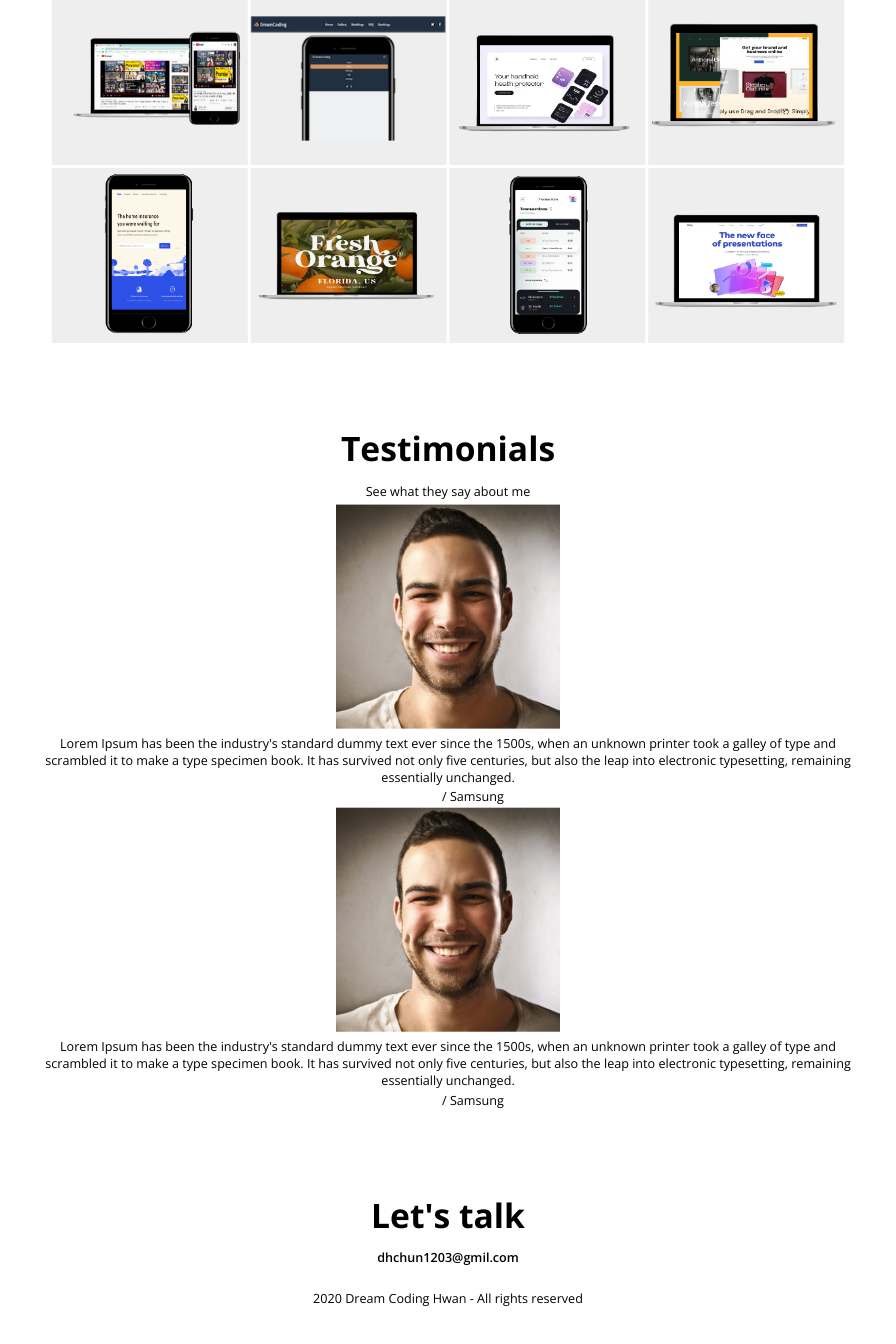
Repository: dhchun1203/Portfolio
Page: index.html
These files come from the project's save history. The page is drawn as it stood at one moment and after the next save; the edit follows.
The browser window is 1280 px wide. The pictures show the part of the page from y = 2557 to 4477 px (the page is 4477 px tall), at 70% of full size.
Some web libraries are served in a nearby version.

Above is the page before, as saved 2020-12-08 13:26:12.

After the next save:
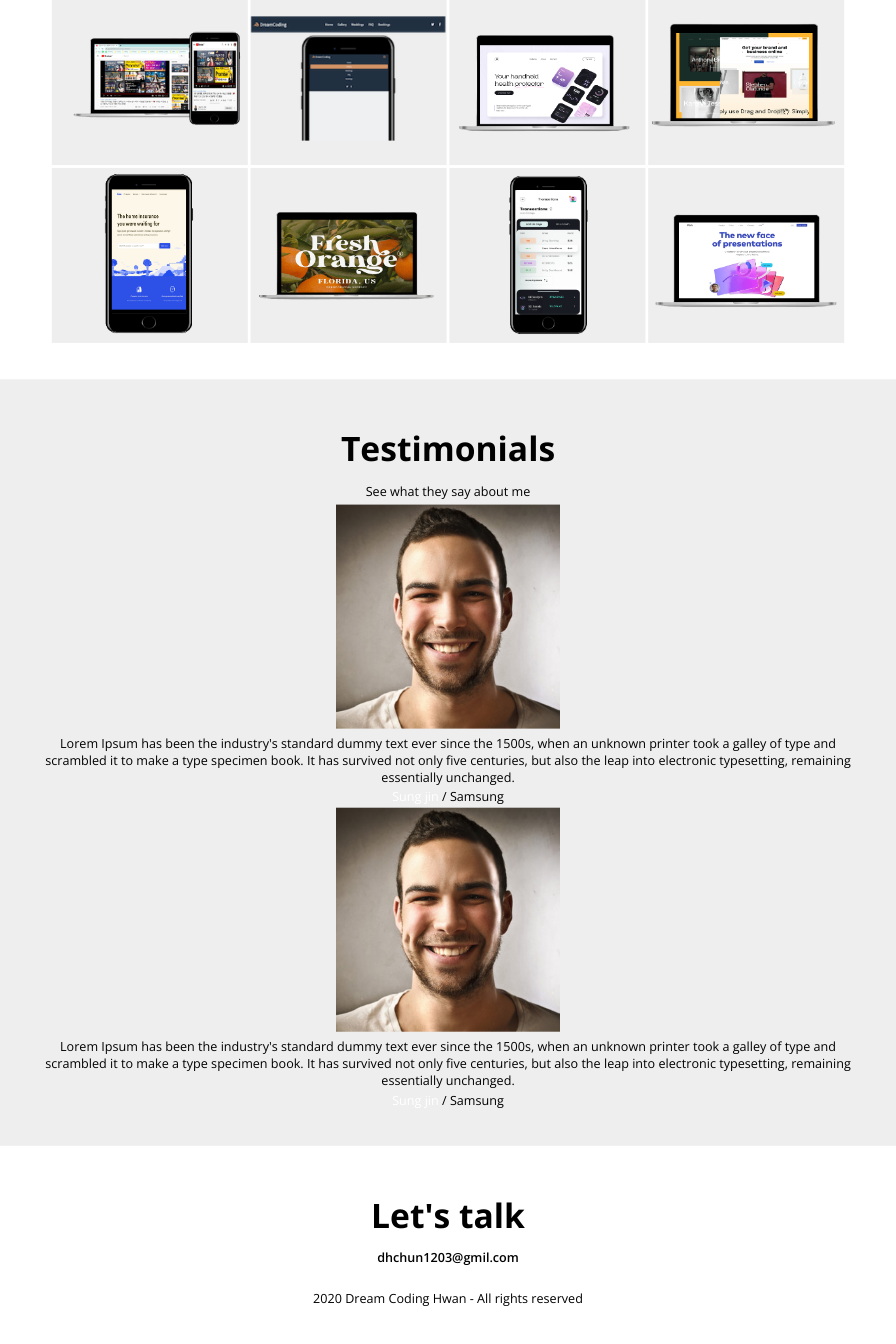
Saved 3 h 37 min later.
--- a/style.css
+++ b/style.css
@@ -358,3 +358,8 @@
 	margin-top: 8px;
 	background-color: var(--color-dark-white);
 }
+
+/* Testimonial */
+#testimonial {
+	background-color: var(--color-light-white);
+}

After the save that followed:
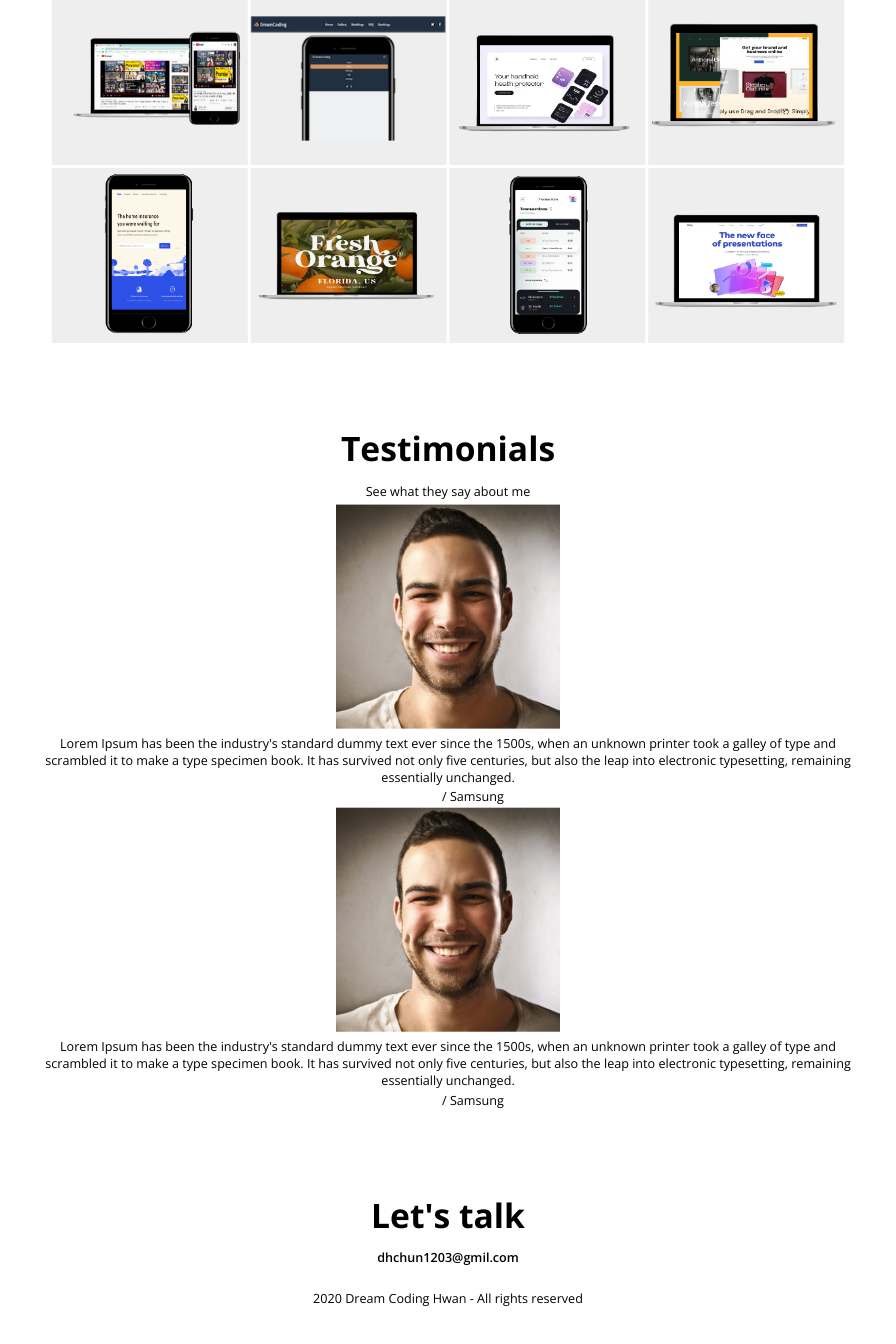
Saved 45 s later.
--- a/style.css
+++ b/style.css
@@ -360,6 +360,6 @@
 }
 
 /* Testimonial */
-#testimonial {
+#testimonials {
 	background-color: var(--color-light-white);
 }
